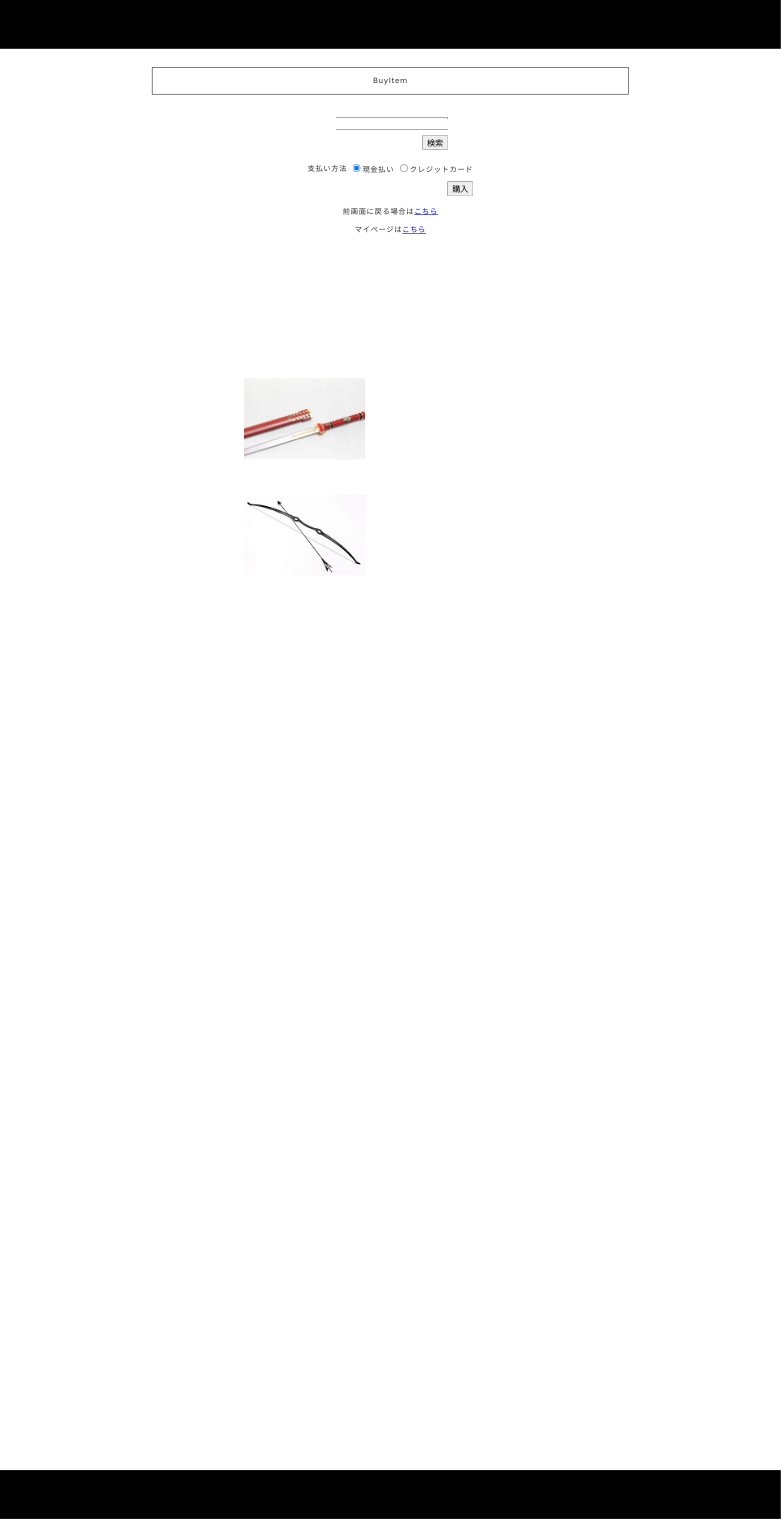
Repository: kanav0208/test
Page: http://localhost/ecsite/buyItem.jsp
These files come from the project's save history. The page is drawn as it stood at one moment and after the next save; the edit follows.
The browser window is 1280 px wide. The pictures show the whole page, at 61% of full size.
The page is served by Tomcat 9. Other server files are loaded and not shown.

Above is the page before, as saved 2018-02-27 06:55:44.

### ecsite/WebContent/buyItem.jsp
<%@ page language="java" contentType="text/html; charset=UTF-8"
	pageEncoding="UTF-8"%>
<%@ taglib prefix="s" uri="/struts-tags"%>

<!DOCTYPE html>
<html>
<head>
	<meta charset="utf-8">
	<meta http-equiv="Content-Type" content="text/html; charset=utf-8" />
	<meta http-equiv="Content-Style-Type" content="text/css" />
	<meta http-equiv="Content-Script-Type" content="text/javascript" />
	<meta http-equiv="imagetoolbar" content="no" />
	<meta name="description" content="" />
	<meta name="keywords" content="" />
	<meta charset="utf-8">
	<title>BuyItem画面</title>
	<style type="text/css">
	/* ========TAG LAYOUT======== */
		body {
		   margin:0;
		   padding:0;
		   line-height:1.6;
		   letter-spacing:1px;
		   font-family:Verdana, Helvetica, sans-serif;
		   font-size:12px;
		   color:#333;
		   background:#fff;
		}



		table {
			text-align:center;
			margin:0 auto;
		}

	/* ========ID LAYOUT======== */
		#top {
		   width:780px;
		   margin:30px auto;
		   border:1px solid #333;
		}

		#header {
		   width: 100%;
		   height: 80px;
		   background-color: black;
		}



		#main {
		   width: 100%;
		   height: 2300px;
		   text-align: center;
		}

		#footer {
			width: 100%;
			height: 80px;
			background-color: black;
			clear:both;
		}

		.buttons{

    display: block;
    position: absolute;

    bottom: 20px;

    width:1%;

    z-index: 4;

    text-align:left;

    height:100px;

    margin-left: 400px;



}
.buttons a{
    /* ここで改行される */
    inline-block;
    display: block;

    position: relative;

    /* ここで中央寄せ */
    margin: 0 auto;

    width: 30%;
    max-width: 400px;
    min-width: 200px;
    padding-top: 20px;
    margin-right: 400px;


}
.buttons img{
    display: block;

    width: 100%;
    max-width: 400px;
    min-width: 200px;

    /*border-radius: 10px;*/
}

	</style>
</head>
<body>
	<div class="buttons">
       <a href=""><img src="./image/ken.jpg"/></a><br><br>
       <a href=""><img src="./image/yumi.jpg"/></a>
</div>
	<div id="header">
	 	<div id="pr">
		</div>
	</div>
	<div id="main">
		<div id="top">
			<p>BuyItem</p>
		</div>
		<div>
		<s:form action="ItemSearchAction">

			<tr>
				<td>
					<s:textfield name="searchWord" value=""/>
				</td>
				<td>
					<s:submit value="検索"/>
				</td>
			</tr>

		</s:form>

		<s:if test="message != ''">
			<h3><s:property value="message" escape="false"/></h3>
		</s:if>

		<s:form action="BuyItemAction">
			<table>
				<s:iterator value="buyItemDTOList">

				<tr>
					<td>
						<h3><s:property value="itemName"/></h3>
					</td>
				</tr>



				<tr>
					<td>
						<span>値段</span>
					</td>
					<td>
						<s:property value="itemPrice" /><span>円</span>
					</td>
				</tr>
				<tr>
					<td>
						<span>在庫</span>
					</td>
					<td>
					<s:if test="item_stock>0">
						<s:property value="item_stock"/>
					</s:if>
					<s:else>
						<span>品切れ</span>
					</s:else>
					</td>
				</tr>

				<tr>
					<td>
						<span>購入個数</span>
					</td>
					<td>
					<s:if test="item_stock>0">
						<select name="count">
							<option value="0" selected="selected">0</option>
							<option value="1">1</option>
							<option value="2">2</option>
							<option value="3">3</option>
							<option value="4">4</option>
							<option value="5">5</option>
						</select>
					</s:if>
					<s:else>
						<select name="count">
							<option value="0" selected="selected">0</option>
						</select>
					</s:else>
					</td>
				</tr>
				<tr>
					<td>
						<br>
					</td>
				</tr>
				</s:iterator>
				<tr>

					<td>
						<span>支払い方法</span>
					</td>
					<td>
						<input type="radio" name="pay" value="1" checked="checked">現金払い
						<input type="radio" name="pay" value="2">クレジットカード
					</td>
				</tr>

				<tr>
					<td>
						<s:submit value="購入"/>
					</td>
				</tr>

			</table>
		</s:form>

			<div>
				<p>前画面に戻る場合は<a href='<s:url action="GoHomeAction" />'>こちら</a></p>
				<p>マイぺージは<a href='<s:url action="MyPageAction" />'>こちら</a></p>
			</div>
		</div>
	</div>
	<div id="footer">
	 	<div id="pr">
		</div>
	</div>
</body>
</html>

After the next save:
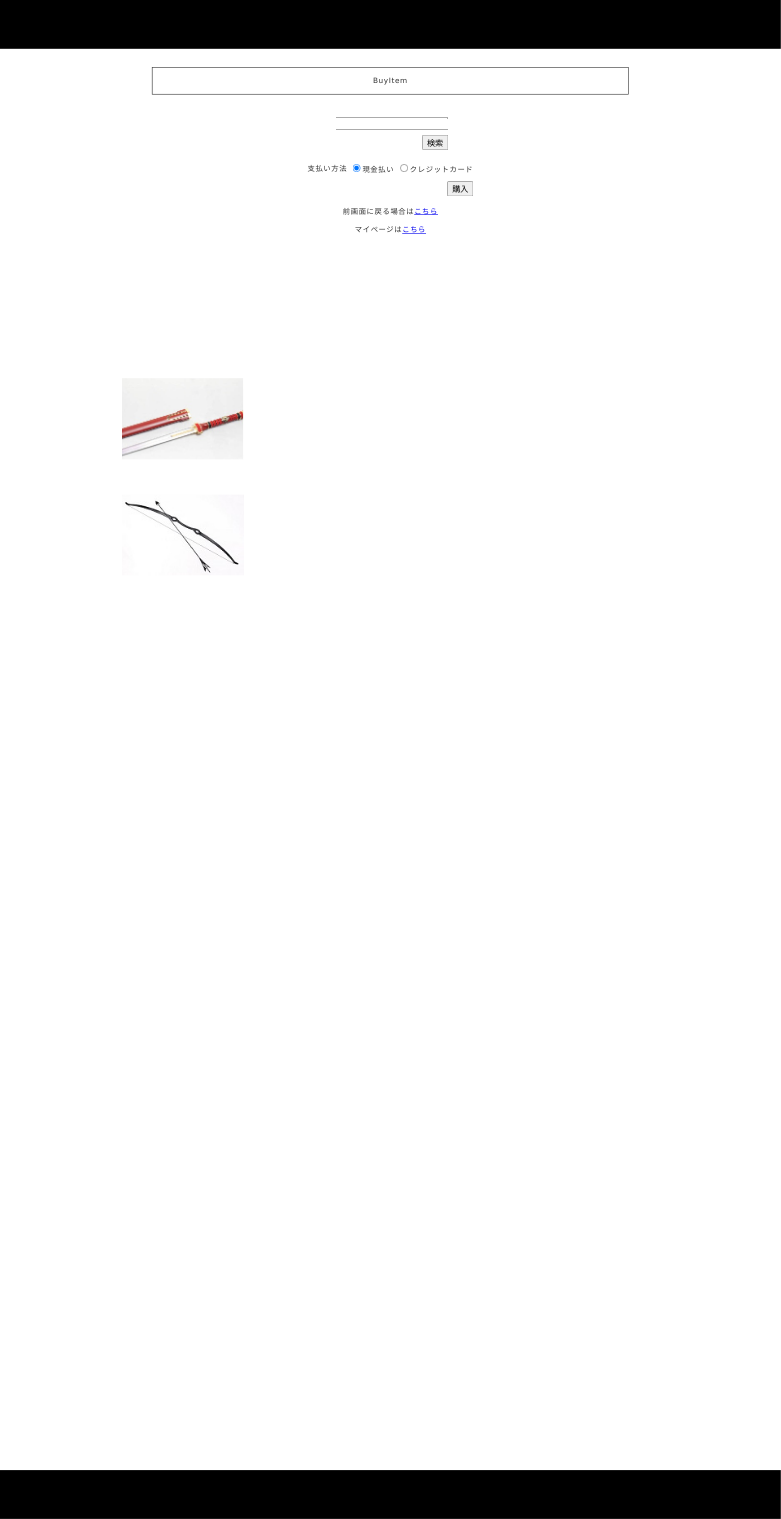
Saved 15 s later.
--- a/ecsite/WebContent/buyItem.jsp
+++ b/ecsite/WebContent/buyItem.jsp
@@ -77,7 +77,7 @@
 
     height:100px;
 
-    margin-left: 400px;
+    margin-left: 200px;
 
 
 
